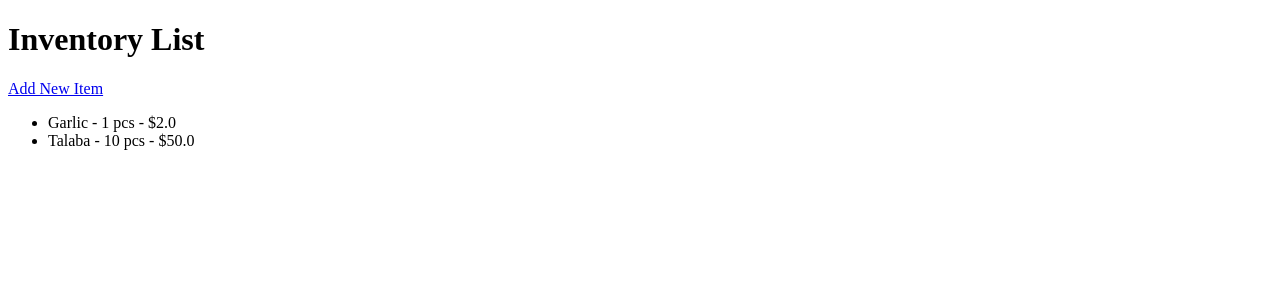
Repository: Stoldark/PLMUN
Page: http://localhost/
The author's editor kept a copy of each file at every save. The page is drawn from the files as they stood at one save, then again after the next save.
The browser window is 1280 px wide. The pictures show the whole page.
The page is served by the project's application, run on Flask 3 (tempCodeRunnerFile.py). The user the application loads for id 1 is signed in. The page reads the database file committed with the project.

Above is the page before, as saved 2024-09-07 22:12:06.

After the next save:
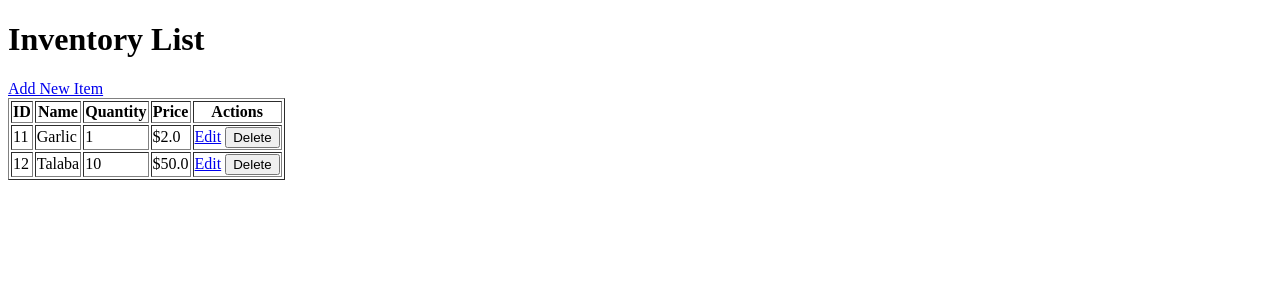
Saved 2 min 55 s later.
--- a/templates/index.html
+++ b/templates/index.html
@@ -7,11 +7,34 @@
 </head>
 <body>
     <h1>Inventory List</h1>
-    <a href="/add">Add New Item</a>
-    <ul>
-        {% for item in items %}
-            <li>{{ item.name }} - {{ item.quantity }} pcs - ${{ item.price }}</li>
-        {% endfor %}
-    </ul>
+    <a href="{{ url_for('add_item') }}">Add New Item</a>
+
+    <table border="1">
+        <thead>
+            <tr>
+                <th>ID</th>
+                <th>Name</th>
+                <th>Quantity</th>
+                <th>Price</th>
+                <th>Actions</th>
+            </tr>
+        </thead>
+        <tbody>
+            {% for item in items %}
+            <tr>
+                <td>{{ item.id }}</td>
+                <td>{{ item.name }}</td>
+                <td>{{ item.quantity }}</td>
+                <td>${{ item.price }}</td>
+                <td>
+                    <a href="{{ url_for('edit_item', id=item.id) }}">Edit</a>
+                    <form action="{{ url_for('delete_item', id=item.id) }}" method="post" style="display:inline;">
+                        <button type="submit">Delete</button>
+                    </form>
+                </td>
+            </tr>
+            {% endfor %}
+        </tbody>
+    </table>
 </body>
 </html>
